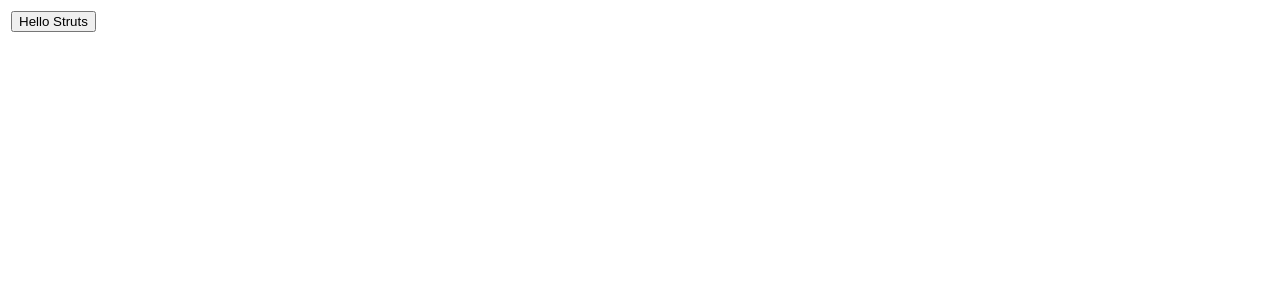
Repository: 1209mori05/test
Page: http://localhost/WebProj4/
An editor plug-in stored every save of this project. The page is shown before and after the next save, followed by the edit.
The browser window is 1280 px wide. The pictures show the whole page.
The page is served by Tomcat 9.

Above is the page before, as saved 2018-03-16 02:30:48.

After the next save:
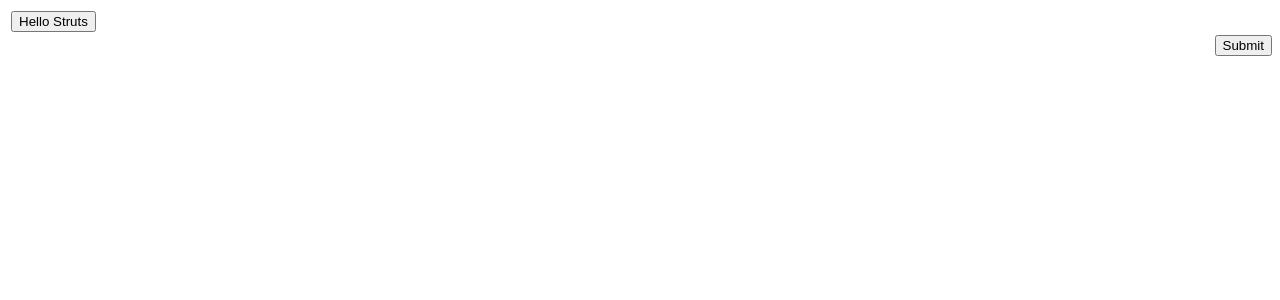
Saved 30 s later.
--- a/WebProj4/WebContent/index.jsp
+++ b/WebProj4/WebContent/index.jsp
@@ -13,6 +13,9 @@
 		<s:submit value="Hello Struts" />
 	</s:form>
 
+	<form action="WelcomeAction">
+		<s:submit Value="Welcome" />
+	</form>
 
 </body>
 </html>
